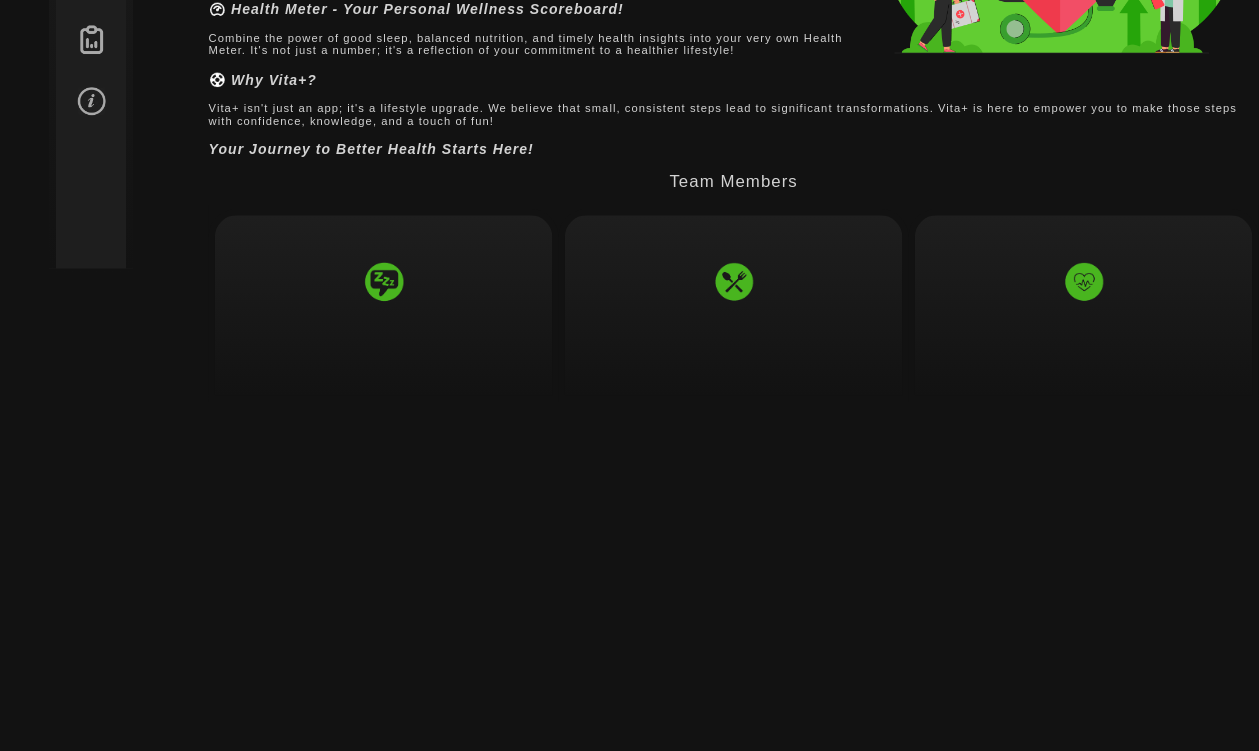
Repository: mhmd-bilal/health-analytics-dashboard
Page: http://localhost/project/info.jsp
An editor plug-in stored every save of this project. The page is shown before and after the next save, followed by the edit.
The browser window is 1280 px wide. The page is 1798 px wide, so the pictures cover 1798 px, including what lies to the right of the window. The pictures show the part of the page from y = 422 to 1782 px (the page is 1495 px tall before and 2475 px after), at 70% of full size.
Some web fonts or font styles are not loaded; a fallback is used. Some web libraries are served in a nearby version. The page is served by Tomcat 10. Other server files are loaded and not shown.

Above is the page before, as saved 2023-12-06 15:45:42.

### project/src/main/webapp/info.jsp
<%@ page import="project.SleepCalculator" %>
  <%@ page import="project.CaloriesCalculator" %>
    <%@ page import="project.IllnessCalculator " %>

      <html>

      <head>
        <meta charset="UTF-8">
        <meta name="viewport" content="width=device-width, initial-scale=1.0">
        <title>Your Health Dashboard</title>
        <link rel="stylesheet" href="https://fonts.googleapis.com/css?family=Kanit">
        <link rel="stylesheet" type="text/css" href="styles2.css">
        <meta name="viewport" content="width=device-width, initial-scale=1">
        <script src='https://cdnjs.cloudflare.com/ajax/libs/jquery/3.2.1/jquery.min.js'></script>
<link rel="stylesheet" href="https://fonts.googleapis.com/icon?family=Material+Icons">
        <script>
          // Use fetch to trigger the SleepAnalyticsServlet on page load
          function fetchSleepAnalytics() {
            fetch('SleepAnalyticsServlet')
              .then(response => response.text())
              .then(data => {
                // Optional: You can add logic to update the UI based on the response from the servlet
                console.log(data);
              })
              .catch(error => {
                console.error('Error:', error);
              });
          }
          function submitForm() {
            var inputValue = document.getElementById("inputValue").value;

            fetch('SaveToDatabaseServlet', {
              method: 'POST',
              headers: {
                'Content-Type': 'application/x-www-form-urlencoded',
              },
              body: 'inputValue=' + encodeURIComponent(inputValue),
            })
              .then(response => response.json())
              .then(data => {
                alert(data.message);
                if (data.recordAdded) {
                  alert('Record added successfully!');
                }
              })
              .catch(error => {
                console.error('Error:', error);
              });
          }

          function redirectToAddRecordPage() {
            window.location.href = 'addrecord.jsp';
          }



        </script>

      </head>
      <body style="overflow:hidden">
      <div class="sidenav">
    <a href="#" style="padding-bottom: 100px;padding-left: 10px;"><img style="width: 95%;filter: brightness(1);" src="logo.png"></a>
    <a class="active" href="index2.jsp"><img src="dashboard.png"></a>
    <a href="add.jsp"><img src="add.png"></a>
    <a href="anal.jsp"><img src="anal.png"></a>
    <a href="info.jsp"><img src="info.png"></a>
  </div>
        <div style="font-spacing:1px;margin-top:100px;height: fit-content;" class="main">
              <img src="infograhic.png" class="infograhic" height="400px" ></p>

                  <h2 style="font-weight: bolder;">Welcome to Vita+ - Your Personal Health Companion!</h2>
<p style="font-weight: bold;font-style:italic;font-size: 20px;;"><img src="help.png" style="margin-bottom:-5px;height:25px;filter: invert(100%)"> What is Vita+</p>
Vita+ isn't just an app; it's your 24/7 health companion, always ready to assist you on your wellness journey. Let's dive into the incredible features that make Vita+ the must-have app for a healthier, happier you!

<p style="font-weight: bold;font-style:italic;font-size: 20px;"><img src="health.png" style="margin-bottom:-5px;height:25px;filter: invert(100%)"> Health Tracking for Holistic Well-being!</p>
<p>Say goodbye to groggy mornings and hello to refreshing wake-ups! Vita+ intelligently tracks your sleep patterns, offering insights to help you optimize your bedtime routine. Eating well is a form of self-respect, and Vita+ is here to guide you with our Calorie Counter, keeping tabs on your nutrition and helping you make informed choices. Life happens, and so do occasional sniffles. Vita+ monitors your health history, making it easier to spot patterns and track your wellness journey. Get back on your feet faster than ever because a good day starts with a good night's sleep and a well-fed body is a happy body!</p>

<p style="font-weight: bold;font-style:italic;font-size: 20px;"><img src="hmeter.png" style="margin-bottom:-5px;height:25px;filter: invert(100%)"> Health Meter - Your Personal Wellness Scoreboard!</p>
Combine the power of good sleep, balanced nutrition, and timely health insights into your very own Health Meter. It's not just a number; it's a reflection of your commitment to a healthier lifestyle!

<p style="font-weight: bold;font-style:italic;font-size: 20px;"><img src="us.png" style="margin-bottom:-5px;height:25px;filter: invert(100%)"> Why Vita+?</p>
Vita+ isn't just an app; it's a lifestyle upgrade. We believe that small, consistent steps lead to significant transformations. Vita+ is here to empower you to make those steps with confidence, knowledge, and a touch of fun!

<p style="font-weight: bold;font-style:italic;font-size: 20px;">Your Journey to Better Health Starts Here!

      </div>

  <div class="main" style="text-align: center;margin-top: 0px;">
    <h2 style="font-weight: 400;">Team Members</h2>
    <div class="choose">
        <div class="choose-card">
        <a class="choose-btn" href="#" onclick="showInputFields('sleep')"><img src="sleep-green.png"></a>
    </div>
        <div class="choose-card">
        <a class="choose-btn" href="#" onclick="showInputFields('food')"><img src="food-green.png"></a>
    </div>
        <div class="choose-card">
        <a class="choose-btn" href="#" onclick="showInputFields('illness')"><img src="ill-green.png"></a>
        </div>
    </div>
    <iframe id="formFrame" name="formFrame" width="100%" height="300px" frameborder="0"></iframe>

</div>

      </body>

      </html>

### project/src/main/webapp/styles2.css
body {
  font-family: "Montserrat", sans-serif;
  letter-spacing: 1.5px;
  background-color: #121212;
}

.sidenav {
  align-items: center;
  height: 100%;
  width: 100px;
  position: fixed;
  z-index: 1;
  top: 0;
  left: 0;
  background-color: #1E1E1E;
  overflow-x: hidden;
  padding-top: 75px;
  margin-left: 70px;
  margin-right: 100px;
  margin-top: 0px;
  border: 10px solid;
  border-image: linear-gradient(to bottom, #1E1E1E, #121212) 1;
}

.sidenav img {
  width: 75%;
}

.sidenav a {
  padding: 6px 6px 30px 25px;
  text-decoration: none;
  font-size: 25px;
  color: #d3d3d3;
  display: block;
  filter: brightness(0.8);
  transition: 0.2s;
}

.sidenav a:hover {
  filter: brightness(1.75);
}

.active img {
  filter: brightness(2);
}


.main {
  margin-left: 290px;
  margin-top: 100px;
  color: #d3d3d3;
  width: 1500px;
  height: 820px;
}

.container {
  display: flex;
}

.moodenter {
  border: 0px;
  border-radius: 25px;
  height: 50px;
  line-height: normal;
  color: #282828;
  display: block;
  width: 90%;
  box-sizing: border-box;
  user-select: auto;
  font-size: 16px;
  padding: 0 6px;
  padding-left: 30px;
  outline: none;
  background-color: #d3d3d3;
  margin-right: 10px;

}

.subbtn {
  width: 10%;
  display: inline-block;
  outline: none;
  cursor: pointer;
  font-size: 14px;
  line-height: 1;
  border-radius: 500px;
  transition-property: background-color, border-color, color, box-shadow, filter;
  transition-duration: .3s;
  border: 0px;
  letter-spacing: 2px;
  min-width: 160px;
  text-transform: uppercase;
  white-space: normal;
  font-weight: 700;
  text-align: center;
  padding: 16px 14px 18px;
  color: #fff;
  background-color: #49b51f;
  height: 48px;

  :hover {
    filter: brightness(1.75);
  }

}

.analytics_container {
  width: 100%;
  height: 60%;
  background-color: #121212;
  display: flex;
}

.pie {
  width: 40%;
}

.count {
  background-color: #1E1E1E;
  width: 60%;
  border: solid 8px transparent;
  border-radius: 80px;
  display: grid;
  background-image: linear-gradient(#1E1E1E, #1E1E1E), linear-gradient(to bottom, #1E1E1E, #121212);
  background-origin: border-box;
  background-clip: padding-box, border-box;
}

.counts {
  display: flex;
  margin-bottom: -60px;
}

.health-meter {
  padding: 0px 0px 10px 70px;
  display: flexbox;
  width: 83.5%;
}

.card {
  background-color: none;
  padding: 70px 0px 10px 70px;
  display: flexbox;
  width: 22.5%;
  height: 60%;
  height: 45%;
}

.count-icon {
  width: 60px;
  margin-left: -5px;
}

.count-text {
  font-size: 25px;
  line-height: 0px;
  font-weight: bolder;
  font-style: normal;
  margin-top: 30px;
}

.count-count {
  font-size: 18px;
  line-height: 0px;
  font-weight: lighter;
  margin-top: -12px;

}

.pbbg {
  background-color: #282828;
  width: 100%;
  height: 3%;
  border-radius: 80px;
}

.pb {
  background-color: #49b51f;
  height: 100%;
  border-radius: 80px;
}

.choose {
  width: 100%;
  height: 20%;
  background-color: #121212;
  display: flex;
}

.choose-card {
  height: 120%;
  width: 33%;
  align-items: center;
  text-align: center;
  background-image: linear-gradient(to bottom, #1E1E1E, #121212);
  ;
  border: #121212 solid 9px;
  border-radius: 40px 40px 0px 0px;
  padding: 60px 0px 0px 1px;
  transition: 1s;
  margin-top: 5px;
}

.choose-card a {
  background-color: transparent;
  outline: none;
  border: none;
}

.choose-card:hover {
  translate: 0 -5px;
}

#formFrame {
  margin-top: 200px;
}

.choose-card img {
  height: 70px;
}


.main-entry {
  width: 100%;
  height: 20%;
  text-align: center;
  color: #d3d3d3;
}

.date-pick {
  background-color: #1E1E1E;
  color: white;
  outline: none;
  border: none;
  border-radius: 25px;
  padding: 10px;
}

.subbtnentry {
  width: 40px;
  height: 30px;
  display: inline-block;
  outline: none;
  cursor: pointer;
  font-size: 14px;
  line-height: 1;
  border-radius: 500px;
  transition-property: background-color, border-color, color, box-shadow, filter;
  transition-duration: .3s;
  border: 0px;
  letter-spacing: 2px;
  min-width: 160px;
  text-transform: uppercase;
  white-space: normal;
  font-weight: 600;
  text-align: center;
  padding: 5px;
  color: #fff;
  background-color: #49b51f;
}
.chartFrame{
	outline: none;
	border: none;
	margin-top: 30px;
}

.md{
	text-align: center;
	color: #d3d3d3;
	z-index: 1;
	position: absolute;
	margin-top: -260px;
	margin-left: 245px;
}

.infograhic{
	z-index: 1;
	position: relative;
	padding-top: 20px;
	float: right;
}
@media screen and (max-height: 450px) {
  .sidenav {
    padding-top: 15px;
  }

  .sidenav a {
    font-size: 18px;
  }
}

After the next save:
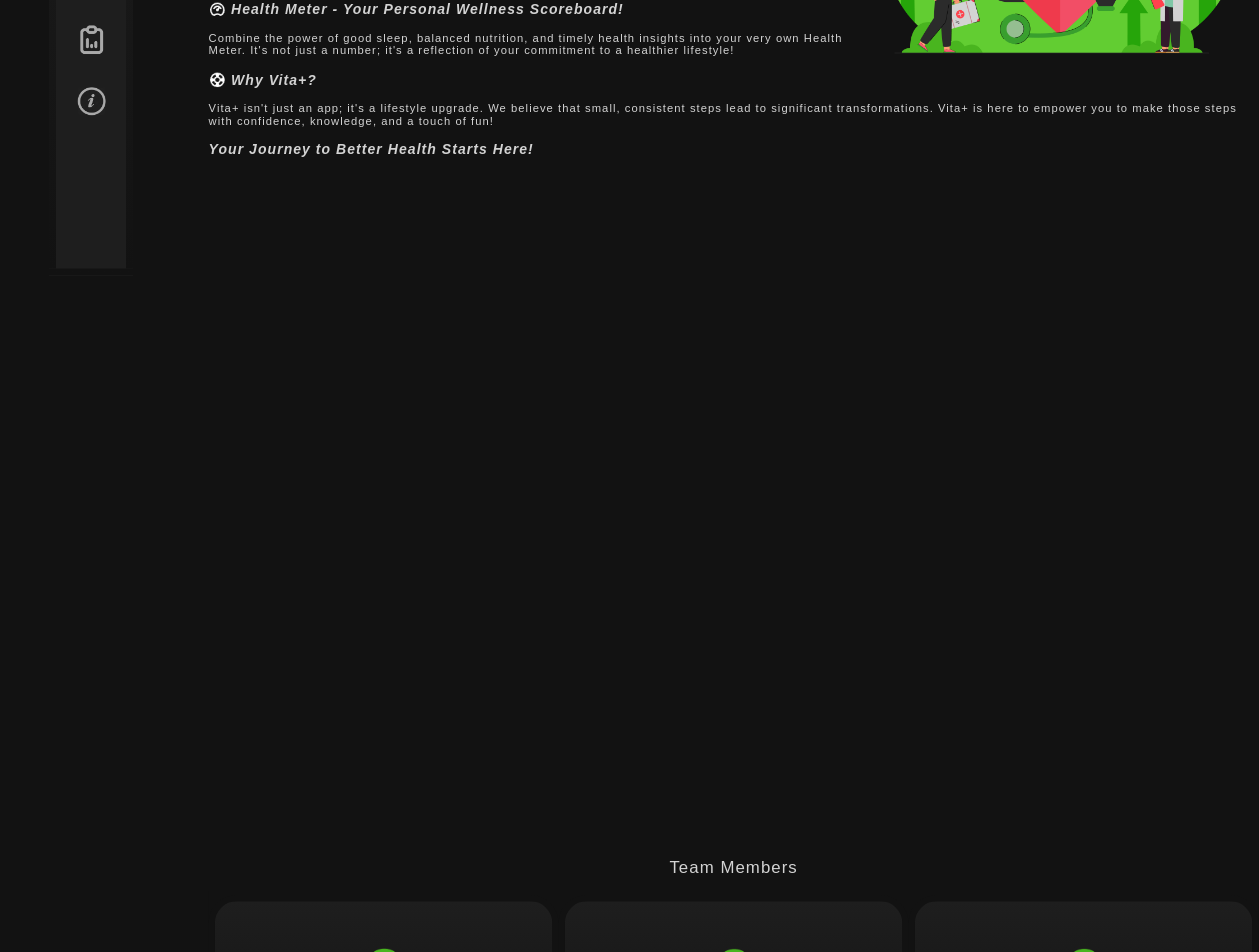
Saved 4 s later.
--- a/project/src/main/webapp/info.jsp
+++ b/project/src/main/webapp/info.jsp
@@ -85,7 +85,7 @@ Vita+ isn't just an app; it's a lifestyle upgrade. We believe that small, consis
 
       </div>
 
-  <div class="main" style="text-align: center;margin-top: 0px;">
+  <div class="main" style="text-align: center;margin-top: 1000px;">
     <h2 style="font-weight: 400;">Team Members</h2>
     <div class="choose">
         <div class="choose-card">
